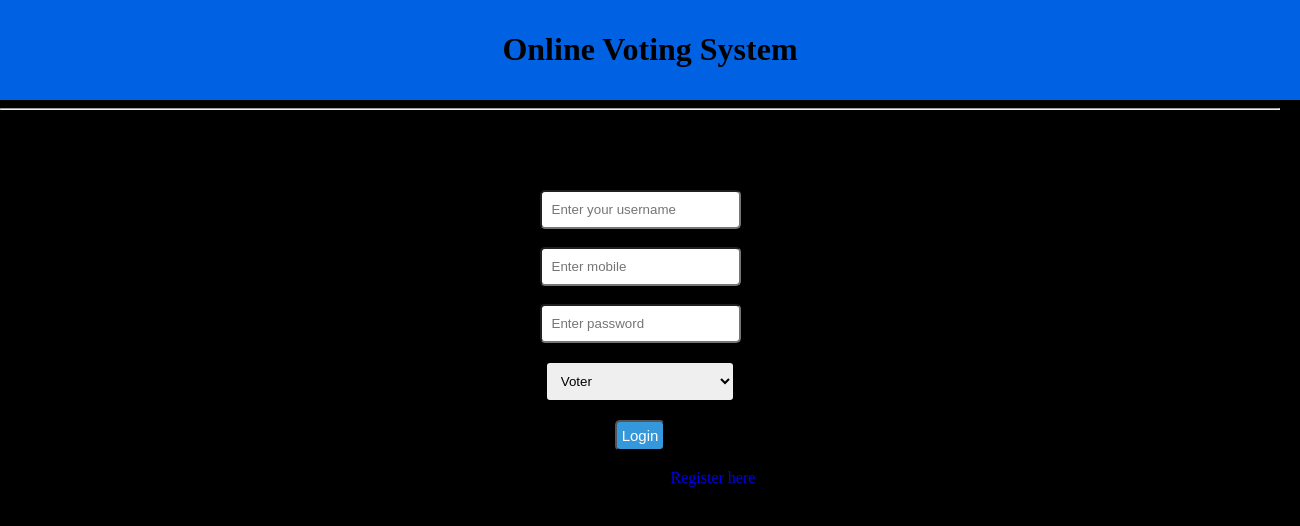
Repository: LeLoUcH-V-BrItAnIa/voting
Page: http://localhost/
An editor plug-in stored every save of this project. The page is shown before and after a run of saves, followed by the edit.
The browser window is 1280 px wide. The page is 1300 px wide, so the pictures cover 1300 px, including what lies to the right of the window. The pictures show the whole page.
The page is run by PHP 8.4 with error messages shown; the project is at /var/www/html/.

Above is the page before, as saved 2023-08-31 11:59:44.

After the next 2 saves:
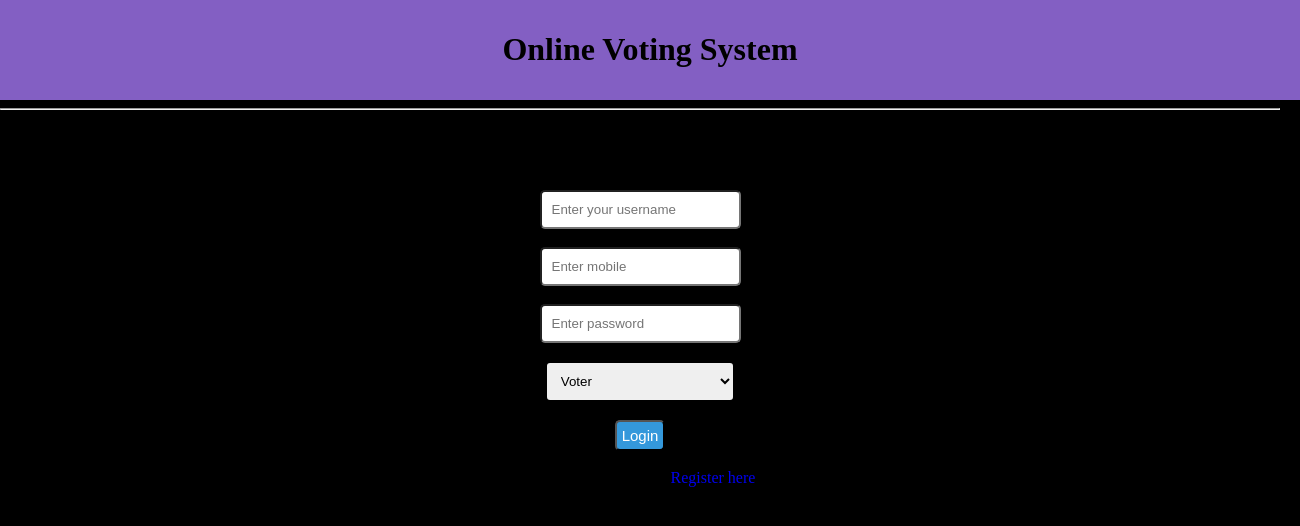
The 2 saves are shown as one change because they came seconds apart.
The last was saved 3 min 3 s later.
--- a/online-voting-system/css/stylesheet.css
+++ b/online-voting-system/css/stylesheet.css
@@ -21,7 +21,7 @@ select {
 
 #headerSection {
   text-align: center;
-  background-color: rgb(0, 98, 227);
+  background-color: rgb(131, 95, 195);
   padding: 10px;
   width: 100%;
   font-family: Cursive;
